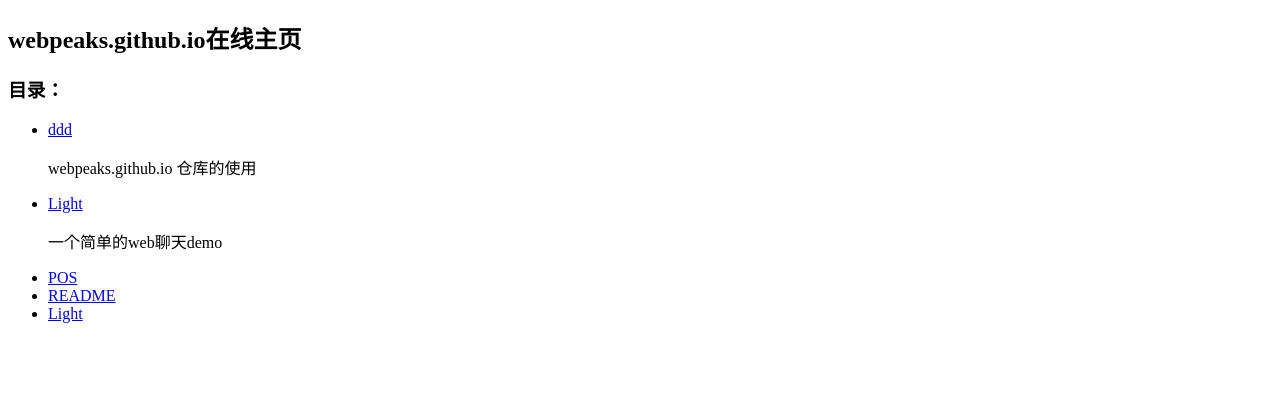
Repository: webpeaks/webpeaks.github.io
Page: index.html
The author's editor kept a copy of each file at every save. The page is drawn from the files as they stood at one save, then again after the next save.
The browser window is 1280 px wide. The pictures show the whole page.

Above is the page before, as saved 2018-01-03 16:21:53.

After the next save:
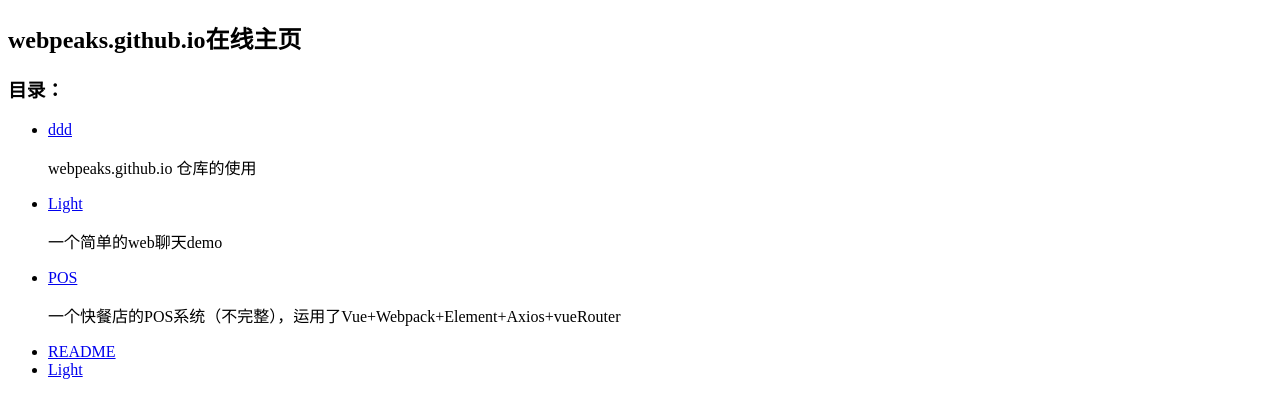
Saved 15 s later.
--- a/index.html
+++ b/index.html
@@ -20,6 +20,7 @@
         </li>
         <li>
             <a href="https://github.com/webpeaks/POS">POS</a>
+            <p>一个快餐店的POS系统（不完整），运用了Vue+Webpack+Element+Axios+vueRouter</p>
         </li>
         <li>
             <a href="https://github.com/webpeaks/README">README</a>
